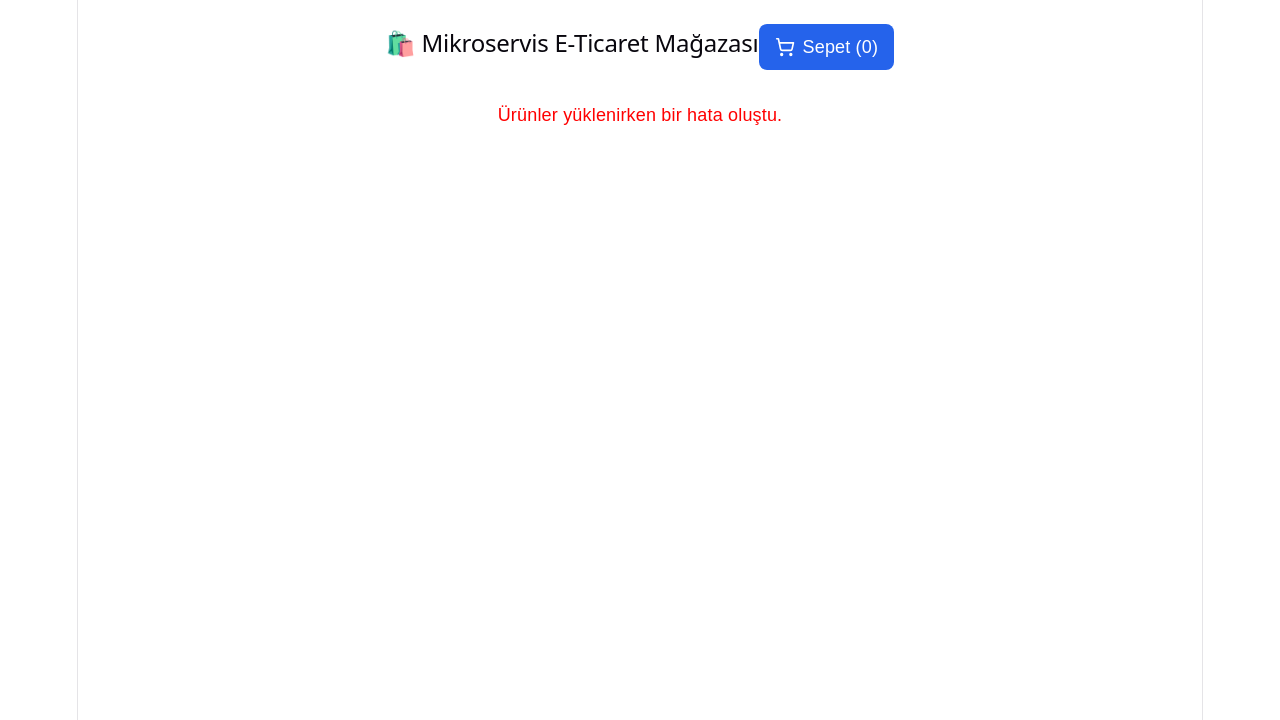
Repository: emir1958/EticaretMicroservice
Page: / (app in src/Clients/ecommerce-ui/)
An editor plug-in stored every save of this project. The page is shown before and after the next save, followed by the edit.
The browser window is 1280 px wide. The pictures show the whole page.
The page's requests for data from a server got no answer. The project was rebuilt for these pictures with package versions that can differ from the ones it lists, and the page was loaded fresh each time. No one was signed in, and anything a server would have sent is missing. Also part of the build but not shown: src/Clients/ecommerce-ui/vite.config.js, src/Clients/ecommerce-ui/src/pages/Checkout.jsx, src/Clients/ecommerce-ui/src/pages/Auth.jsx, src/Clients/ecommerce-ui/src/components/ProtectedRoute.jsx. Imported but missing from the stored project, and not drawn on this page: src/Clients/ecommerce-ui/src/hooks/useOrderHub.

Above is the page before, as saved 2026-09-15 09:45:19.

After the next save:
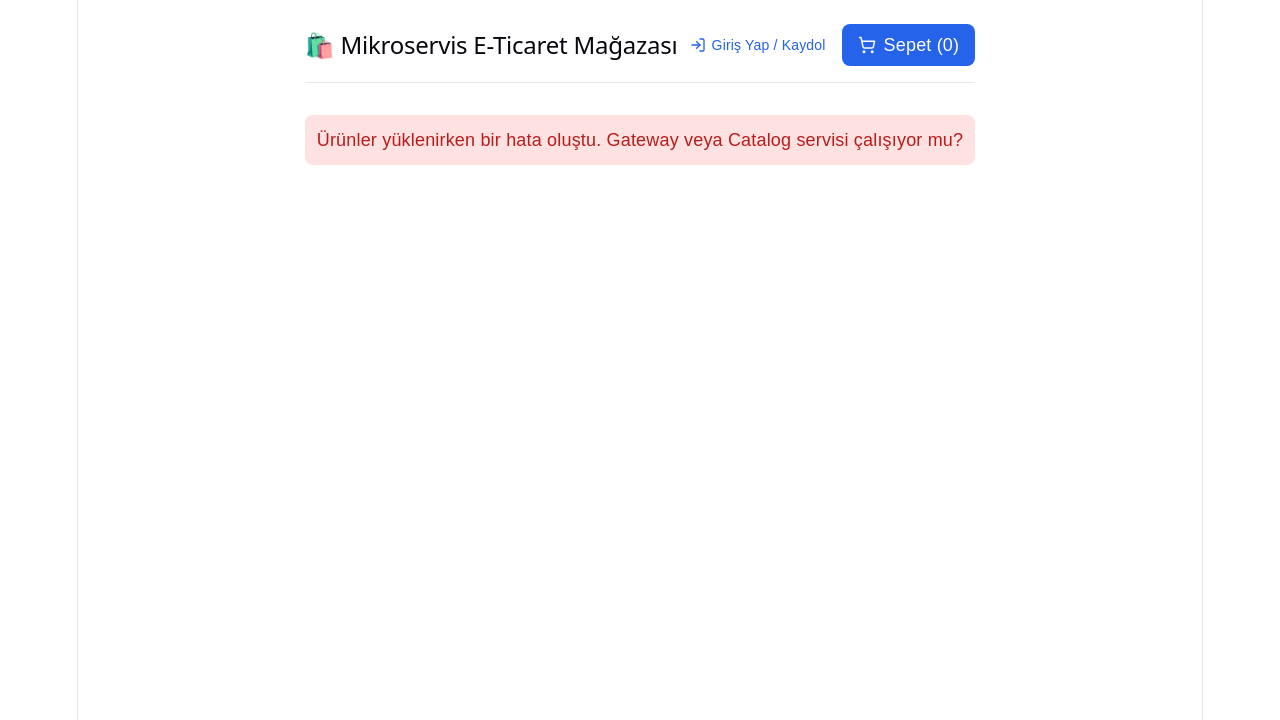
Saved 88 s later.
--- a/src/Clients/ecommerce-ui/src/pages/ProductList.jsx
+++ b/src/Clients/ecommerce-ui/src/pages/ProductList.jsx
@@ -1,25 +1,41 @@
 import React, { useEffect, useState } from "react";
 import api from "../services/api";
 import { useCart } from "../context/CartContext";
-import { ShoppingCart, Package } from "lucide-react";
+import { useAuth } from "../context/AuthContext";
+import {
+  ShoppingCart,
+  Package,
+  LogIn,
+  LogOut,
+  User as UserIcon,
+} from "lucide-react";
 import { Link } from "react-router-dom";
 
 export default function ProductList() {
   const [products, setProducts] = useState([]);
   const [loading, setLoading] = useState(true);
   const [error, setError] = useState(null);
+
   const { addToCart, cart } = useCart();
+  const { user, isAuthenticated, logout } = useAuth();
 
   useEffect(() => {
     api
       .get("/api/Products")
       .then((res) => {
-        setProducts(res.data);
+        // Backend ister düz dizi ([]), ister { data: [] } dönsün iki durumu da tolere eder
+        const responseData = Array.isArray(res.data)
+          ? res.data
+          : res.data?.data || [];
+
+        setProducts(responseData);
         setLoading(false);
       })
       .catch((err) => {
         console.error("Katalog çekme hatası:", err);
-        setError("Ürünler yüklenirken bir hata oluştu.");
+        setError(
+          "Ürünler yüklenirken bir hata oluştu. Gateway veya Catalog servisi çalışıyor mu?",
+        );
         setLoading(false);
       });
   }, []);
@@ -35,36 +51,109 @@ export default function ProductList() {
         fontFamily: "sans-serif",
       }}
     >
+      {/* 🟢 ÜST HEADER: Auth Durumu ve Sepet Butonu */}
       <header
         style={{
           display: "flex",
           justifyContent: "space-between",
           alignItems: "center",
           marginBottom: "32px",
+          paddingBottom: "16px",
+          borderBottom: "1px solid #e5e7eb",
         }}
       >
-        <h2>🛍️ Mikroservis E-Ticaret Mağazası</h2>
-        <Link
-          to="/checkout"
+        <h2 style={{ margin: 0 }}>🛍️ Mikroservis E-Ticaret Mağazası</h2>
+
+        <div style={{ display: "flex", alignItems: "center", gap: "16px" }}>
+          {isAuthenticated ? (
+            <div style={{ display: "flex", alignItems: "center", gap: "12px" }}>
+              <span
+                style={{
+                  display: "flex",
+                  alignItems: "center",
+                  gap: "6px",
+                  fontSize: "14px",
+                  color: "#374151",
+                  background: "#f3f4f6",
+                  padding: "6px 12px",
+                  borderRadius: "20px",
+                }}
+              >
+                <UserIcon size={16} color="#6b7280" />
+                {user?.name || user?.email || "Hesabım"}
+              </span>
+              <button
+                onClick={logout}
+                style={{
+                  display: "flex",
+                  alignItems: "center",
+                  gap: "4px",
+                  border: "1px solid #d1d5db",
+                  background: "#fff",
+                  padding: "6px 12px",
+                  borderRadius: "6px",
+                  cursor: "pointer",
+                  fontSize: "13px",
+                  color: "#ef4444",
+                }}
+              >
+                <LogOut size={14} /> Çıkış
+              </button>
+            </div>
+          ) : (
+            <Link
+              to="/auth"
+              style={{
+                display: "flex",
+                alignItems: "center",
+                gap: "6px",
+                textDecoration: "none",
+                color: "#2563eb",
+                fontWeight: "500",
+                fontSize: "14px",
+              }}
+            >
+              <LogIn size={16} /> Giriş Yap / Kaydol
+            </Link>
+          )}
+
+          <Link
+            to="/checkout"
+            style={{
+              display: "flex",
+              alignItems: "center",
+              gap: "8px",
+              textDecoration: "none",
+              background: "#2563eb",
+              color: "#fff",
+              padding: "8px 16px",
+              borderRadius: "8px",
+              fontWeight: "500",
+            }}
+          >
+            <ShoppingCart size={18} />
+            <span>Sepet ({totalCartCount})</span>
+          </Link>
+        </div>
+      </header>
+
+      {/* DURUM BİLDİRİMLERİ */}
+      {loading && <p style={{ color: "#6b7280" }}>Ürünler yükleniyor...</p>}
+      {error && (
+        <div
           style={{
-            display: "flex",
-            alignItems: "center",
-            gap: "8px",
-            textDecoration: "none",
-            background: "#2563eb",
-            color: "#fff",
-            padding: "10px 16px",
+            background: "#fee2e2",
+            color: "#b91c1c",
+            padding: "12px",
             borderRadius: "8px",
+            marginBottom: "20px",
           }}
         >
-          <ShoppingCart size={20} />
-          <span>Sepet ({totalCartCount})</span>
-        </Link>
-      </header>
-
-      {loading && <p>Ürünler yükleniyor...</p>}
-      {error && <p style={{ color: "red" }}>{error}</p>}
-
+          {error}
+        </div>
+      )}
+
+      {/* ÜRÜN KARTLARI GRİDİ */}
       <div
         style={{
           display: "grid",
@@ -82,12 +171,14 @@ export default function ProductList() {
               display: "flex",
               flexDirection: "column",
               justifyContent: "space-between",
+              background: "#fff",
+              boxShadow: "0 1px 3px rgba(0,0,0,0.05)",
             }}
           >
             <div>
               <div
                 style={{
-                  background: "#f3f4f6",
+                  background: "#f9fafb",
                   height: "140px",
                   borderRadius: "8px",
                   display: "flex",
@@ -98,14 +189,21 @@ export default function ProductList() {
               >
                 <Package size={48} color="#9ca3af" />
               </div>
-              <h3 style={{ margin: "0 0 8px 0", fontSize: "18px" }}>
+              <h3
+                style={{
+                  margin: "0 0 8px 0",
+                  fontSize: "18px",
+                  color: "#111827",
+                }}
+              >
                 {p.name}
               </h3>
               <p
                 style={{
-                  color: "#4b5563",
+                  color: "#6b7280",
                   fontSize: "14px",
                   margin: "0 0 12px 0",
+                  lineHeight: "1.4",
                 }}
               >
                 {p.description || "Açıklama bulunmuyor"}
@@ -117,6 +215,8 @@ export default function ProductList() {
                 justifyContent: "space-between",
                 alignItems: "center",
                 marginTop: "12px",
+                paddingTop: "12px",
+                borderTop: "1px solid #f3f4f6",
               }}
             >
               <span
